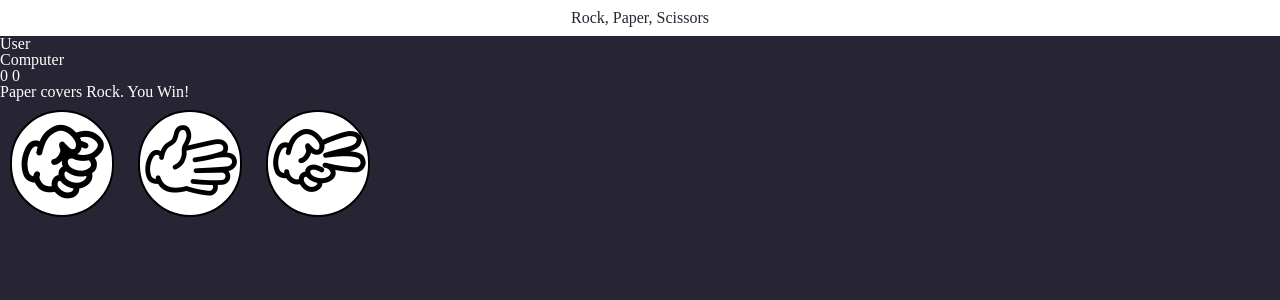
Repository: AndersonGuilherme/rock-paper-scissor-game-javascript
Page: index.html
An editor plug-in stored every save of this project. The page is shown before and after the next save, followed by the edit.
The browser window is 1280 px wide. The pictures show the whole page.

Above is the page before, as saved 2019-01-12 22:53:53.

After the next save:
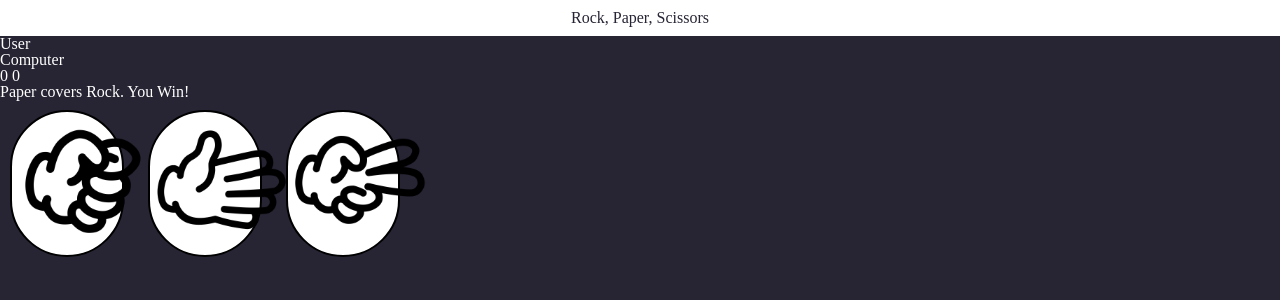
Saved 5 min 45 s later.
--- a/src/public/css/style.css
+++ b/src/public/css/style.css
@@ -25,5 +25,5 @@
 }
 
 .choice>img{
-    max-height: 100px;
+    max-height: 140px;
 }

After the save that followed:
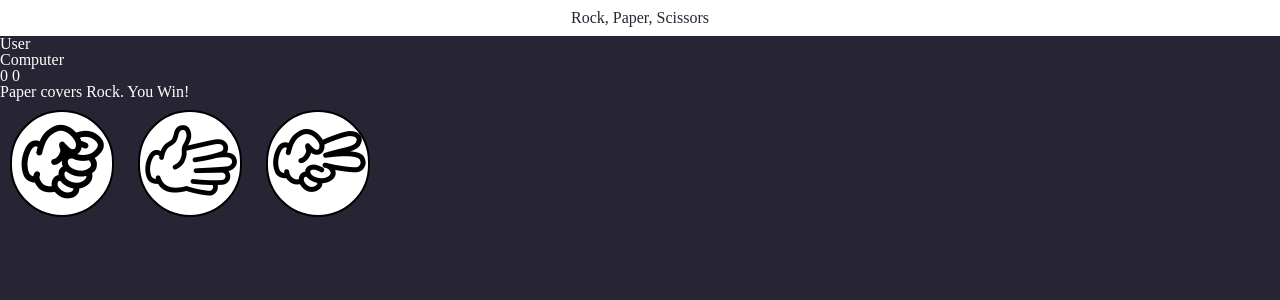
Saved 17 s later.
--- a/src/public/css/style.css
+++ b/src/public/css/style.css
@@ -25,5 +25,5 @@
 }
 
 .choice>img{
-    max-height: 140px;
+    max-height: 100px;
 }
